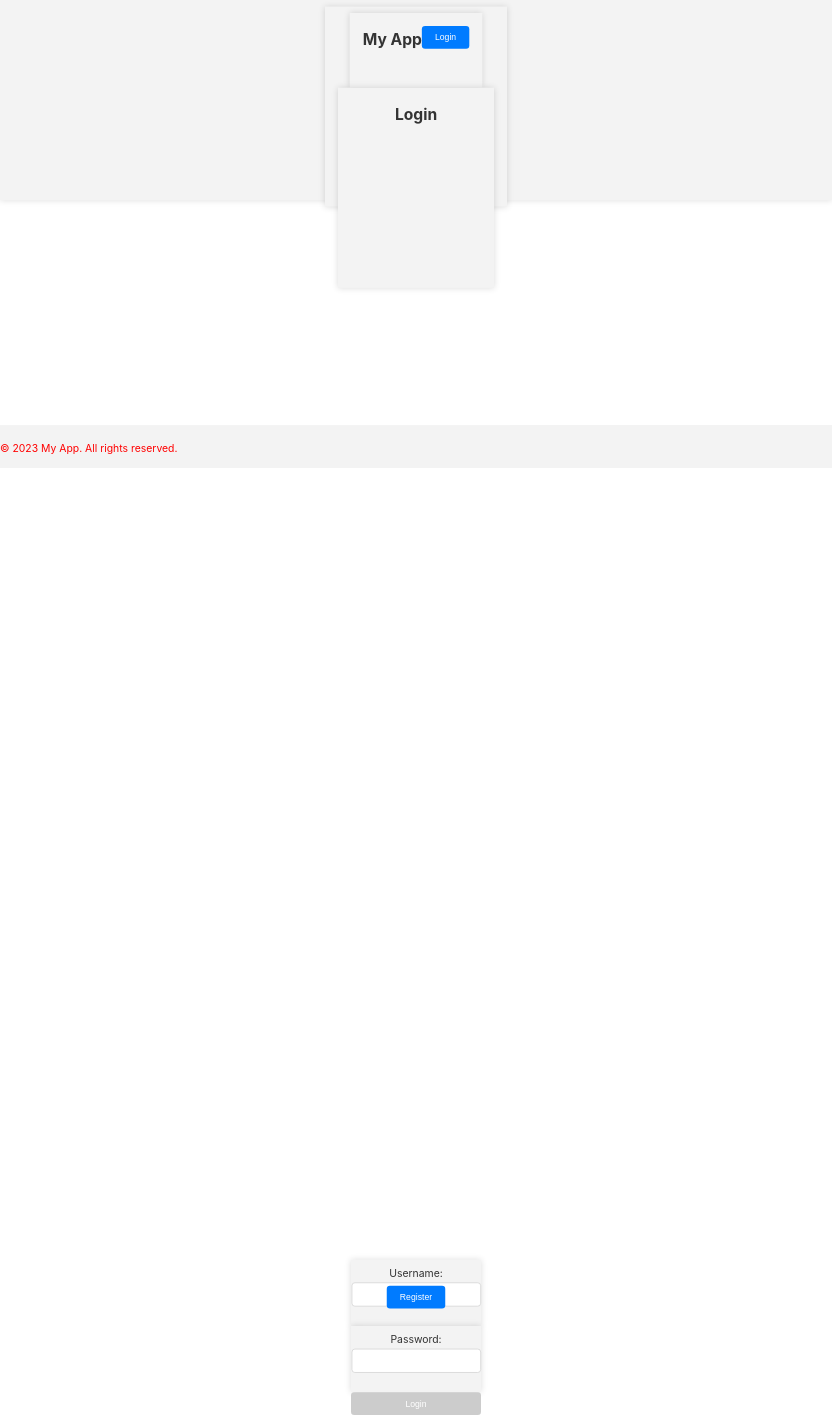
Repository: iMlearnDinG/react-app-v2
Page: /
An editor plug-in stored every save of this project. The page is shown before and after the next save, followed by the edit.
The browser window is 1280 px wide. The pictures show the whole page, at 65% of full size.
The page's requests for data from a server got no answer. The project was rebuilt for these pictures with package versions that can differ from the ones it lists, and the page was loaded fresh each time. No one was signed in, and anything a server would have sent is missing. Also part of the build but not shown: src/components/Register.js, src/components/Lobby.js, src/components/Game.js, src/components/Menu.js.

Above is the page before, as saved 2023-07-19 01:58:16.

After the next save:
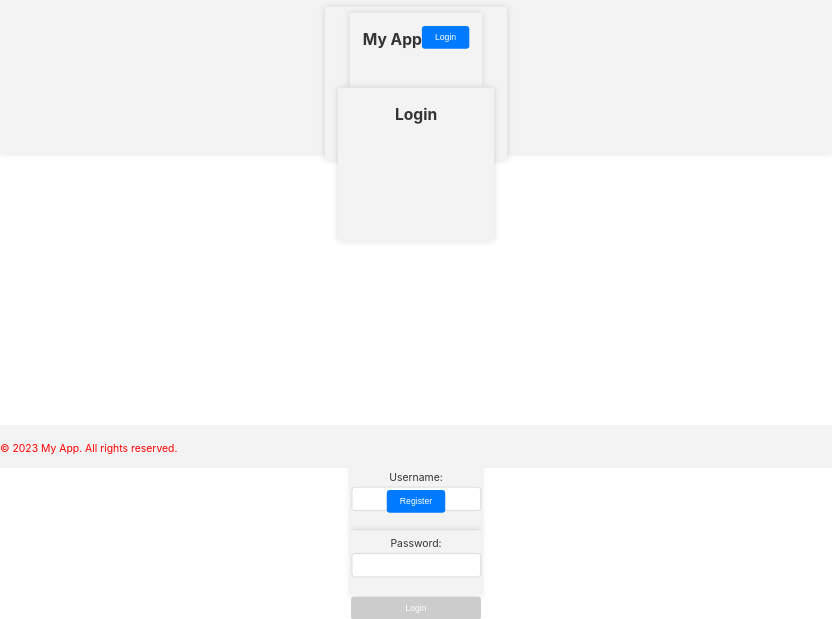
Saved 62 s later.
--- a/src/css/login.css
+++ b/src/css/login.css
@@ -3,7 +3,7 @@ div {
     flex-direction: column;
     align-items: center;
     justify-content: center;
-    height: 40vh;
+    height: 30vh;
     padding: 20px;
     background-color: #F3F3F3;
   }
@@ -24,7 +24,7 @@ div {
     flex-direction: column;
     width: 200px;
     height: 40px;
-    margin-top: 240vh;
+    margin-top: 70vh;
   }
 
   div label {
